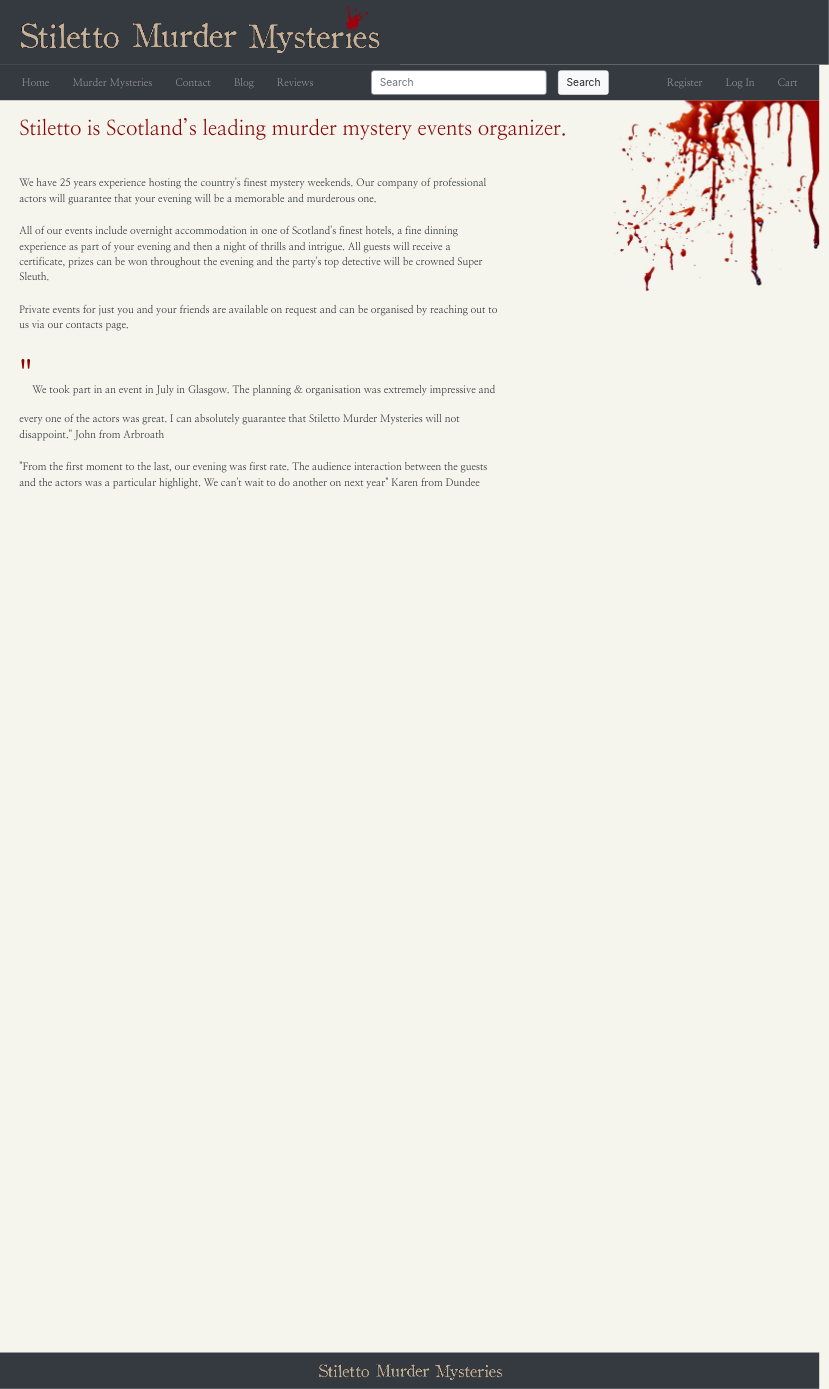
Repository: TaylorD1982/murder-milestone
Page: templates/base.html
The author's editor kept a record of every edit. The page is drawn from the files as they stood at one moment, then again after the next edit.
The browser window is 1280 px wide. The page is 1295 px wide, so the pictures cover 1295 px, including what lies to the right of the window. The pictures show the whole page, at 64% of full size.
Some icons come from a web library that is not loaded, so they are not drawn. Some web fonts or font styles are not loaded; a fallback is used. Some web libraries are served in a nearby version. The template is drawn by Django 2.2. The application's start-up code is not run. The template is opened directly, without the code that normally fills it, so the values that code supplies are empty.

Above is the page before.
Console error (its wording comes from the project's code and is left out).

After the next edit:
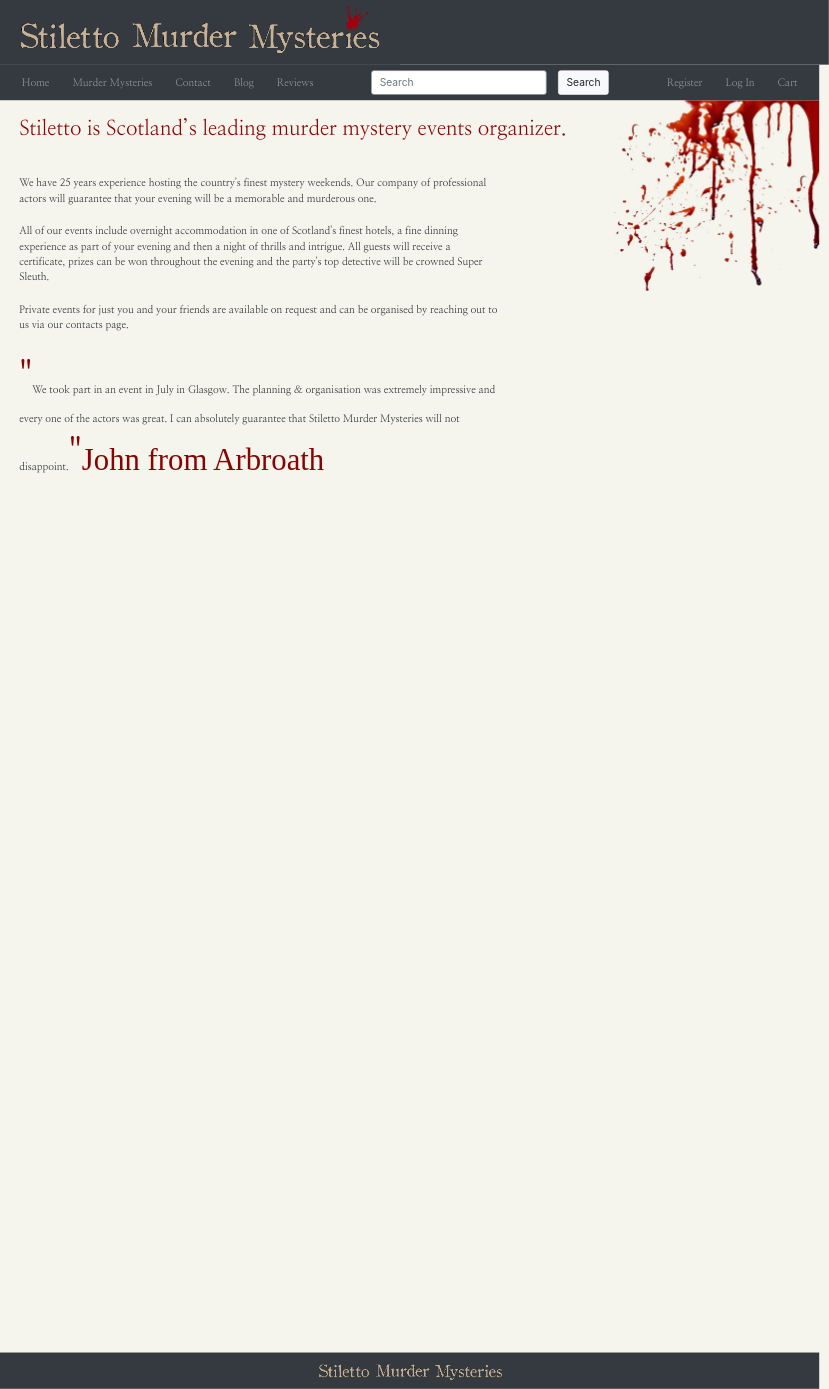
The edit:
--- a/templates/base.html
+++ b/templates/base.html
@@ -131,9 +131,8 @@
                 by reaching out to us via our contacts page.</p>
                 <p class="home-content"><text class="quote">"</text>We took part in an event in July in Glasgow.  The planning & organisation was extremely
                 impressive and every one of the actors was great. I can absolutely guarantee that Stiletto Murder Mysteries will not
-                disappoint." John from Arbroath</p>
-                <p class="home-content">"From the first moment to the last, our evening was first rate. The audience interaction
-                between the guests and the actors was a particular highlight. We can't wait to do another on next year" Karen from Dundee</p>
+                disappoint.<text class="quote">"</text><text class="blog-title">John from Arbroath</text>
+
             </div>
 
 
